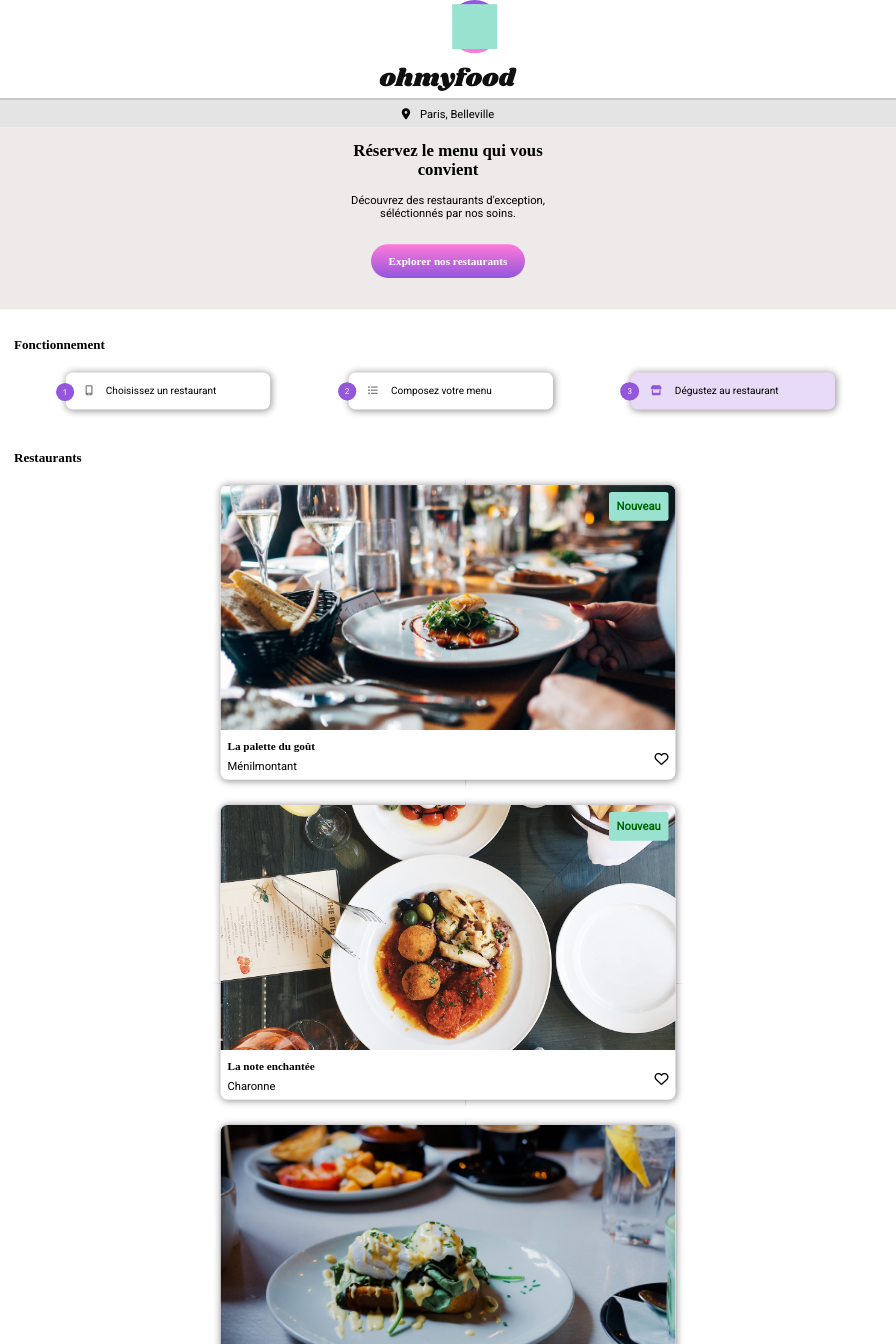
Repository: Micka-17/boimickael_3_16042021
Page: index.html
The author's editor kept a copy of each file at every save. The page is drawn from the files as they stood at one save, then again after a run of saves.
The browser window is 1280 px wide. The pictures show the part of the page from y = 0 to 1920 px (the page is 2694 px tall before and 2618 px after), at 70% of full size.
Some web fonts or font styles are not loaded; a fallback is used. Some web libraries are served in a nearby version. The style sheet was rebuilt from its Sass, Less or Tailwind sources for each picture, by a compiler version that may differ from the author's.

Above is the page before, as saved 2021-05-26 10:52:33.

### index.html
<!DOCTYPE html>
<html lang="en">
  <head>
    <meta charset="UTF-8" />
    <meta http-equiv="X-UA-Compatible" content="IE=edge" />
    <meta name="viewport" content="width=device-width, initial-scale=1.0" />
    <link rel="stylesheet" href="css/style.css" />
    <script
      src="https://kit.fontawesome.com/7f2b024bdc.js"
      crossorigin="anonymous"
    ></script>
    <title>OhMyFood</title>
  </head>
  <body>
    <div id="loader">
      <div id="backgroundloader"></div>
    </div>
    <header>
      <div id="logo">
        <img src="images/logo/ohmyfood@2x.svg" alt="OhMyFood" />
      </div>
    </header>
    <section id="sec-1">
      <div id="top">
        <div id="paris">
          <p><i class="fas fa-map-marker-alt icon"></i> Paris, Belleville</p>
        </div>
        <div id="reservation">
          <h2 id="center-top1">Réservez le menu qui vous convient</h2>
          <p id="center-top2">
            Découvrez des restaurants d'exception, séléctionnés par nos soins.
          </p>
          <a id="btn" href="#sec-3">Explorer nos restaurants</a>
        </div>
      </div>
    </section>
    <section id="sec-2">
      <div class="fonctionnement">
        <h3 class="h3s">Fonctionnement</h3>
        <ul class="bolder">
          <li>
            <i class="fas fa-mobile-alt icon-top"></i> Choisissez un restaurant
            <p id="number1">1</p>
          </li>
          <li>
            <i class="fas fa-list-ul icon-top"></i> Composez votre menu
            <p id="number2">2</p>
          </li>
          <li id="li-3">
            <i class="fas fa-store icon-top-purple"></i> Dégustez au restaurant
            <p id="number3">3</p>
          </li>
        </ul>
      </div>
    </section>
    <section id="sec-3">
      <h3 class="h3s">Restaurants</h3>
      <div class="choice">
        <a href="pages/la_palette_du_gout.html">
          <div class="card">
            <p class="nouveau">Nouveau</p>
            <img
              id="new"
              class="imga"
              src="images/restaurants/la_palette_du_gout.jpg"
              alt="la_palette_du_gout"
            />
            <div class="resto">
              <div>
                <h4>La palette du goût</h4>
                <p class="space">Ménilmontant</p>
              </div>
              <div class="loveclcik">
                <i class="far fa-heart love fa-lg"></i>
                <i class="fas fa-heart loves3"></i>
              </div>
            </div>
          </div>
        </a>
        <a href="pages/la_note_enchantee.html">
          <div class="card">
            <p class="nouveau">Nouveau</p>
            <img
              class="imga"
              src="images/restaurants/la_note_enchantee.jpg"
              alt="la_note_enchantee"
            />
            <div class="resto">
              <div>
                <h4>La note enchantée</h4>
                <p class="space">Charonne</p>
              </div>
              <div class="loveclcik">
                <i class="far fa-heart love fa-lg"></i>
                <i class="fas fa-heart loves3"></i>
              </div>
            </div>
          </div>
        </a>
        <a href="pages/a_la_francaise.html">
          <div class="card">
            <img
              class="imga"
              src="images/restaurants/a_la_française.jpg"
              alt="a_la_française"
            />
            <div class="resto">
              <div>
                <h4>A la française</h4>
                <p class="space">Cité Rouge</p>
              </div>
              <div class="loveclcik">
                <i class="far fa-heart love fa-lg"></i>
                <i class="fas fa-heart loves3"></i>
              </div>
            </div>
          </div>
        </a>
        <a href="pages/le_delice_des_sens.html">
          <div class="card">
            <img
              class="imga"
              src="images/restaurants/le_delice_des_sens.jpg"
              alt="le_delice_des_sens"
            />
            <div class="resto">
              <div>
                <h4>Le delice des sens</h4>
                <p class="space">Folie-Méricourt</p>
              </div>
              <div class="loveclcik">
                <i class="far fa-heart love fa-lg"></i>
                <i class="fas fa-heart loves3"></i>
              </div>
            </div>
          </div>
        </a>
      </div>
    </section>
    <section class="end">
      <footer>
        <div>
          <h3 id="logo-white">ohmyfood</h3>
          <div class="end-ul">
            <p>
              <i class="fas fa-utensils icon-footer"></i> Proposer un restaurant
            </p>
            <p>
              <i class="fas fa-hands-helping icon-footer"></i> Devenir
              partenaire
            </p>
            <p>Mentions légales</p>
            <a id="contact" href="mailto:contact@ohmyfood.com"
              ><p>Contact</p></a
            >
          </div>
        </div>
      </footer>
    </section>
  </body>
</html>

### sass/style.scss
@import "./directories/Utils/variables-mixin";
@import "./directories/Base/main.scss";



ul {
    font-family: 'Roboto', sans-serif;
    font-size: 0.9em;
    @media (min-width: 430px) {
        max-width: 450px;
    }
        @media (min-width: 1000px) {
            display: flex;
            min-width: 100%;
            justify-content: space-evenly;
        }
}

#backgroundloader {
    position: absolute;
    top: 0;
    left: 0;
    background-color: $color3;
    width: 100%;
    height: 100%;
    animation: loader2 33s;
    animation-fill-mode: both;
    animation-timing-function: step-end;
  }
#loader {
    position: relative;
    top: 50%;
    left: 50%;
    width: 64px;
    height: 64px;
    border-radius: 50%;
    border: 6px solid rgb(255, 255, 255);
    border-color: $color1 transparent $color2 transparent;
    animation: dual-ring 0.8s infinite, loader 3s;
    animation-delay: 0.2s;
    animation-fill-mode: both;
  }

#contact {
    color: white;
}

.spacediv p {
    font-family: 'Roboto', sans-serif;
    text-overflow: ellipsis;
    overflow: hidden;
    white-space: nowrap;
}

#logo {
    display: flex;
    justify-content: center;
    margin-top: 20px;
    margin-bottom: 10px;
}

#paris {
    display: flex;
    justify-content: center;
    border-top: solid 3px rgba(128, 128, 128, 0.301);
    min-width: 321px;
    padding-top: 10px;
    padding-bottom: 10px;
    background-color: rgba(128, 128, 128, 0.212);
        .icon {
            margin-right: 10px;
        }
}

#reservation {
    display: flex;
    justify-content: center;
    flex-direction: column;
    place-items: center;
    background-color: rgb(238, 234, 234);
    padding-bottom: 45px;
        #btn {
            @include btn();
                &:hover {
                    filter: brightness(1.50);
                    box-shadow: 0px 0px 10px 15px gray;
                }
        }
}

#center-top1 {
    text-align: center;
    margin-top: 20px;
    max-width: 350px;
}

#center-top2 {
    margin-top: 20px;
    margin-bottom: 20px;
    text-align: center;
    max-width: 350px;
}


.icon-top {
    color: gray;
    margin-right: 15px;
    margin-left: 10px;
}

.icon-top-purple {
    color: $color1;
    margin-right: 15px;
    margin-left: 10px;
}

#li-3 {
    background-color: #9256dc36;
}

li { position: relative;
    background-color: #ffffff;
    border-radius: 10px;
    padding: 18px;
    margin: 18px;
    margin-left: 25px;
    box-shadow: 1px 1px 10px 1px rgb(151, 145, 145);
    min-width: 20%;
        #number1 {
            position: absolute;
            top: 15px;
            left: -14px;
            background-color: $color1;
            border-radius: 50px;
            padding: 6px 10px;
            font-size: 0.8em;
            color: white;
        }
            #number2 {
                position: absolute;
                top: 14px;
                left: -15px;
                background-color: $color1;
                border-radius: 50px;
                padding: 6px 10px;
                font-size: 0.8em;
                color: white;
            }
                #number3 {
                    position: absolute;
                    top: 14px;
                    left: -15px;
                    background-color: $color1;
                    border-radius: 50px;
                    padding: 6px 10px;
                    font-size: 0.8em;
                    color: white;
                }
}
.space {
    margin-top: 10px;
    margin-bottom: 10px;
}
.card {
    background-color: #ffffff;
    border-radius: 10px;
    padding: 0px;
    margin: 18px;
    box-shadow: 1px 1px 10px 1px rgb(151, 145, 145);
    max-width: 100%;
}
.imga {
    object-fit: cover;
    border-radius: 10px 10px 0px 0px;
    width: 650px;
    height: 350px;
        @media (max-width:900px) {
            max-width: 100%;
        }
            @media (max-width:500px) {
                max-width: 100%;
                height: 240px;
            }
                @media (max-width:380px) {
                    height: 220px;
                }
}
.card {
    position: relative;
}
.nouveau {
    position: absolute;
    padding: 0.7rem;
    border-radius: 0.25rem;
    color: darkgreen;
    font-weight: bold;
    right: 10px;
    top: 10px;
    background-color: #99e2d0;
}

.h3s {
    margin: 40px 0px 10px 20px;

}

.choice {
    display: flex;
    flex-direction: column;
    place-items: center;
    flex-wrap: wrap;
        .resto {
            display: flex;
            justify-content: space-between;
            align-items: center;
            margin: 10px;
        }
            @media (min-width: 630px) {
                flex-wrap: wrap;
                flex-direction: row;
                justify-content: center;
            }
                @media (min-width: 1350px) {
                    display: grid;
                    grid-template-rows: 50% 50%;
                    grid-template-columns: 50% 50%;
                }
}


footer {
    margin-top: 30px;
    padding: 10px;
    background-color: rgb(54, 54, 54);
    color: white;
        #logo-white {
            font-family: 'Shrikhand', cursive;
            font-weight: 300;
            margin-bottom: 15px;
            margin-left: 20px;
            margin-top: 10px;
        }
            li {
                background-color: transparent;
                border-radius: 0;
                padding: 5px;
                margin-left: 20px;
                box-shadow: none;
                display: flex;
                margin-top: 5px;
                margin-bottom: 5px;
            }
                .icon-footer {
                    max-width: 2px;
                    max-height: 2px;
                    margin-right: 25px;
                }
                    @media (min-width:1000px) {
                        padding: 40px;
                    }
}


//pages 2

.img-top {
    min-width: 100%;
    max-height: 510px;
}

.arrow {
    position: absolute;
    left: 20px;
    top: 30px;
    color: rgba(0, 0, 0, 0.801);
}
#margtitle {
    margin-left: 15px;
    max-width: 220px;
}
img {
    object-fit: cover;
}
.titlemargall {
    margin-top: 30px;
    margin-left: 15px;
    border-bottom: solid rgba(55, 224, 55, 0.541);
    max-width: 30px;
}
#middle {
    position: absolute;
    top: 240px;
    min-width: 100%;
    min-height: 980px;
    background-color: rgb(231, 229, 229);
    border-radius: 20px 20px 0px 0;
    padding-top: 30px;
     .entrees {
        @include centre();
        @include capsule();
     }
        .bold {
            font-weight: bold;
            font-size: 1em;
        }
        .bolder {
            font-weight: bold;
            font-size: 0.6m;
                @media (min-width: 1000px) {
                    margin: 15px;
                }
        }
            p {
                font-size: 0.7em;
            }
                .loves1 {
                    position: absolute;
                    right: 15px;
                    color: gray
                }
}

.loves2 {
    display: none;
    opacity: 0;
    background: linear-gradient(0deg,#9356dc,#ff79da);
    background-clip: text;
    -webkit-background-clip: text;
    -moz-background-clip: text;
    -webkit-text-fill-color: transparent;
    position: absolute;
    right: 15px;
}
#margtitle:hover .loves2 {
    animation: fadeout;
    opacity: 1;
    animation-duration: .5s;
    display: inline-block;
    justify-content: center;
}

.loves3 {
    display: none;
    opacity: 0;
    background: linear-gradient(0deg,#9356dc,#ff79da);
    background-clip: text;
    -webkit-background-clip: text;
    -moz-background-clip: text;
    -webkit-text-fill-color: transparent;
    position: absolute;
    right: 9px;
    bottom: 18px;
}
.loveclcik:hover .loves3 {
    animation: fadeout2;
    opacity: 1;
    animation-duration: .5s;
    display: inline-block;
    justify-content: center;
    font-size: 1.5em;
}

#entrees {
    animation: slideup 1s;
    animation-duration: 1s;
}
#plats {
    animation: slideup 1s;
    animation-duration: 5s;
}
#desserts {
    animation: slideup 1s;
    animation-duration: 8s;
}


.entrees, .plats, .desserts {
    cursor: pointer;
        @media (max-width:321px) {
            width: 300px;
        }
        @media (max-width:378px) {
            max-width: 100%;
        }
        @media (max-width:414px) {
            max-width: 100%;
        }
        @media (min-width: 1000px) {
            min-height: 90px;
            width: 100%;
        }
}

.spacediv {
    width: 100%;
    overflow: hidden;
    @include spacediv();
        @media (min-width: 1000px) {
            justify-content: space-evenly;
        }
}
.plats {
    @include capsule();
    @include centre();
}
.desserts {
    @include capsule();
    @include centre();
}

.responsive {
    @media (min-width: 1000px) {
        display: flex;
        justify-content: center;
    }
}

.responsive-entrees {
    @media (min-width: 1000px) {
        display: flex;
        justify-content: center;
    }
}

#btnp2 {
    @include btn();
    margin-top: 40px;
        &:hover {
            filter: brightness(1.50);
            box-shadow: 0px 0px 10px 15px gray;
        }
         @media (min-width: 1000px) {
            margin-top: 150px;
         }
}

#placement-btn {
    display: flex;
    justify-content: center;
    place-items: center;
}

.end1 {
    position: absolute;
    top: 1151px;
    min-width: 100%;
}

.end {
    position: absolute;
    min-width: 100%;
}

.end-ul {
        @media (min-width: 430px) {
        max-width: 450px;
    }
        @media (min-width: 1000px) {
            display: flex;
            min-width: 100%;
            flex-direction: row;
            justify-content: space-evenly;
        }
}

.end-ul p {
    margin: 8px;
    margin-left: 20px;
}

//page la note enchantee

 .align-price{
    display: flex;
    align-items: flex-end;
    margin-bottom: 8px;
    margin-right: 8px;
}

.check {
    width: 0px;
    transition-duration: 1s;
    font-size: 1.5em;
     & i {
        display: none;
        place-items: center;
        color: white;
     }
}

.entrees:hover .check {
    width: 90px;
    height: 51px;
    background-color: $color3;
    display: flex;
    justify-content: center;
    border-radius: 0 20% 20% 0;
        @media (max-width: 1000px) {
            width: 65px;
        }
            & .rotation {
                display: flex;
                place-items: center;
            }
                & .rond {
                    display: flex;
                    place-items: center;
                    transform-origin: center;
                    animation: spin;
                    animation-duration: 1s;
                }
                    @media (min-width: 1000px) {
                        height: 90px;
                        border-radius: 0 10% 10% 0;
                    }
}


.plats:hover .check {
    width: 90px;
    height: 51px;
    background-color: $color3;
    display: flex;
    justify-content: center;
    border-radius: 0 20% 20% 0;
        @media (max-width: 1000px) {
            width: 65px;
        }
            & .rotation {
                display: flex;
                place-items: center;
            }
                & .rond {
                    display: flex;
                    place-items: center;
                    transform-origin: center;
                    animation: spin;
                    animation-duration: 1s;
                }
                    @media (min-width: 1000px) {
                        height: 90px;
                        border-radius: 0 10% 10% 0;
                    }
}

.desserts:hover .check {
    width: 90px;
    height: 51px;
    background-color: $color3;
    display: flex;
    justify-content: center;
    border-radius: 0 20% 20% 0;
        @media (max-width: 1000px) {
            width: 65px;
        }
            & .rotation {
                display: flex;
                place-items: center;
            }
                & .rond {
                    display: flex;
                    place-items: center;
                    transform-origin: center;
                    animation: spin;
                    animation-duration: 1s;
                }
                    @media (min-width: 1000px) {
                        height: 90px;
                        border-radius: 0 10% 10% 0;
                    }
}

### sass/directories/Base/main.scss
@import url('https://fonts.googleapis.com/css2?family=Roboto&family=Shrikhand&display=swap');

* {
    margin: 0;
    padding: 0;
    text-decoration: none;
    list-style-type: none;
}
#margtitle {
    font-family: Shrikhand;
    font-weight: 100;
    font-size: 1.2em;
}
p {
    font-family: 'Roboto', sans-serif;
}
a {
    text-decoration: none;
    list-style: none;
    color: rgb(0, 0, 0);
}

Loaded but not shown: sass/directories/Utils/_variables-mixin.scss (128 lines, source omitted)

After the next 2 saves:
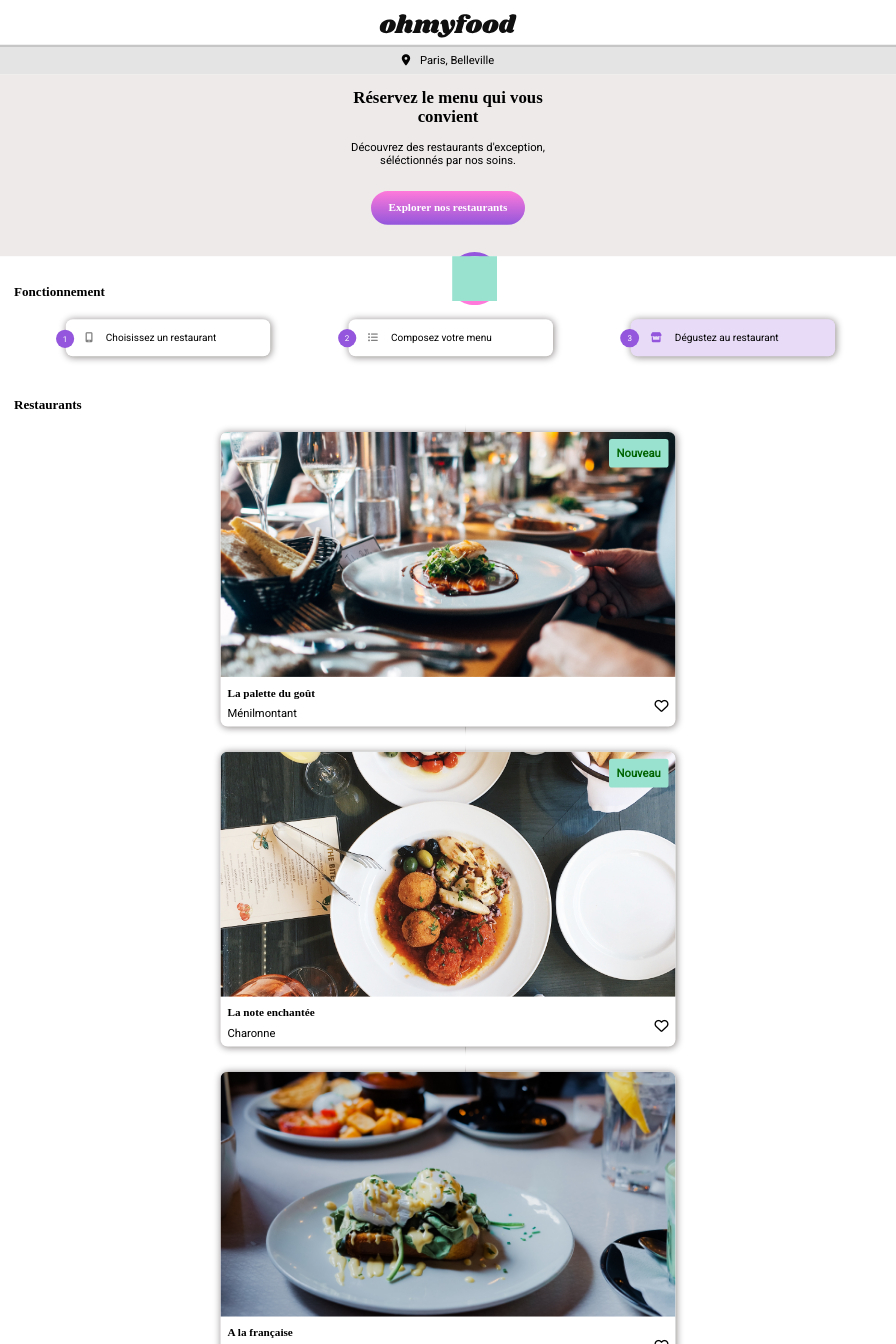
The 2 saves are shown as one change because they came seconds apart.
The last was saved 13 s later.
--- a/sass/style.scss
+++ b/sass/style.scss
@@ -17,7 +17,7 @@
 }
 
 #backgroundloader {
-    position: absolute;
+    position: relative;
     top: 0;
     left: 0;
     background-color: $color3;
@@ -28,7 +28,7 @@
     animation-timing-function: step-end;
   }
 #loader {
-    position: relative;
+    position: absolute;
     top: 50%;
     left: 50%;
     width: 64px;

After the 2 saves that followed:
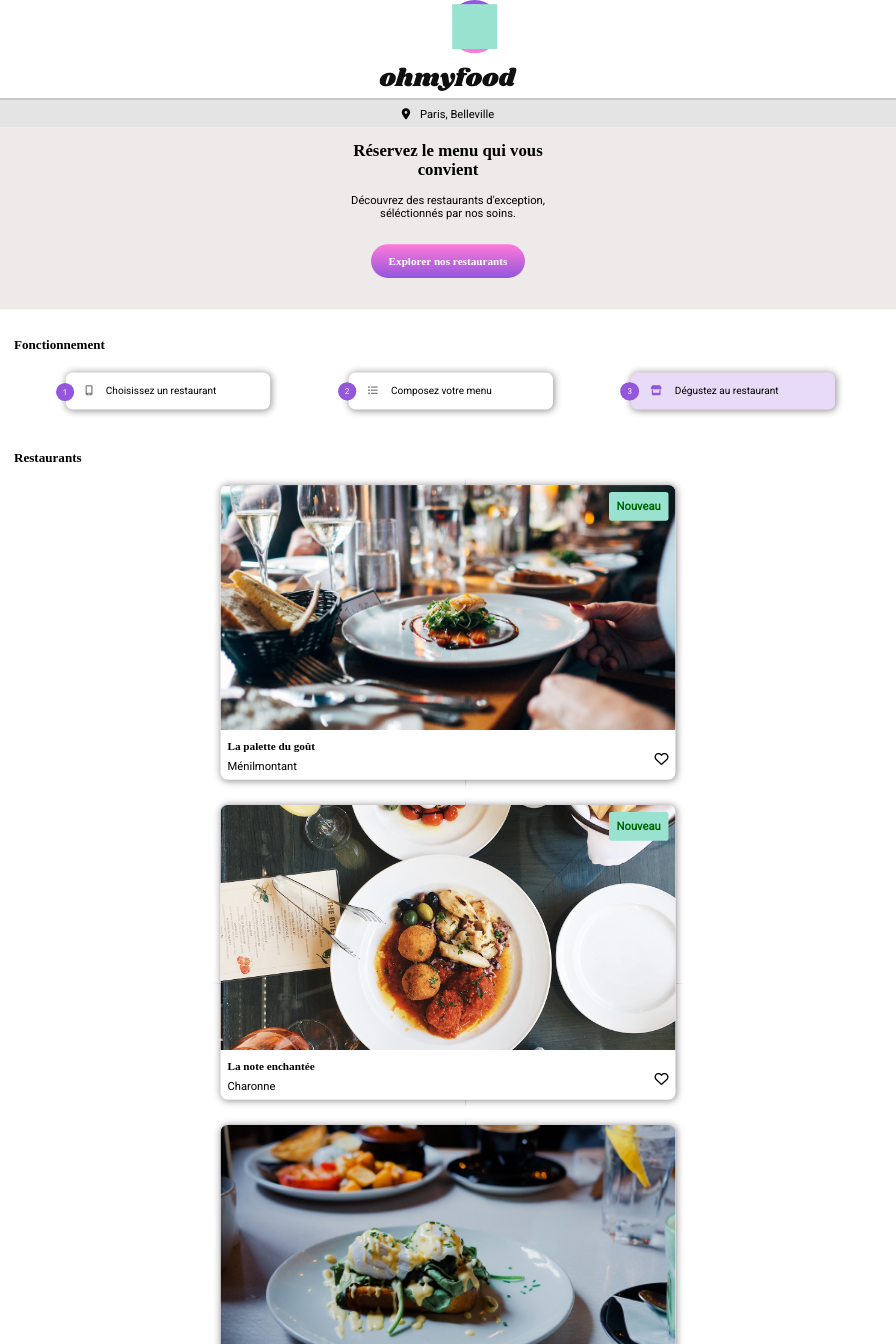
The 2 saves are shown as one change because they came seconds apart.
The last was saved 7 s later.
--- a/sass/style.scss
+++ b/sass/style.scss
@@ -17,7 +17,7 @@
 }
 
 #backgroundloader {
-    position: relative;
+    position: absolute;
     top: 0;
     left: 0;
     background-color: $color3;
@@ -28,7 +28,7 @@
     animation-timing-function: step-end;
   }
 #loader {
-    position: absolute;
+    position: relative;
     top: 50%;
     left: 50%;
     width: 64px;
